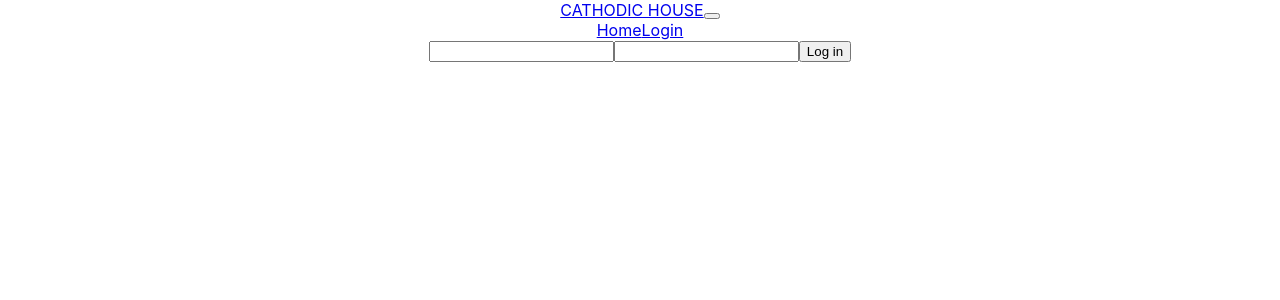
Repository: grnisna/warehouse-management-client-11
Page: /login
The author's editor kept a copy of each file at every save. The page is drawn from the files as they stood at one save, then again after the next save.
The browser window is 1280 px wide. The pictures show the whole page.
The project was rebuilt for these pictures with package versions that can differ from the ones it lists, and the page was loaded fresh each time. Also part of the build but not shown: src/components/Home/Carosel/Carosel.css, src/components/Home/Carosel/Carosel.js, src/components/Home/Item/Item.js, src/components/Home/Items/Items.css, src/components/Home/Items/Items.js, src/components/Home/Home.js.

Above is the page before, as saved 2022-05-09 08:22:29.

### src/App.js
import './App.css';
import { Route, Routes } from 'react-router-dom';
import Login from './components/Login/Login/Login';
import Header from './components/Home/Header/Header';
import Carosel from './components/Home/Carosel/Carosel';
import Home from './components/Home/Home';


function App() {
  return (
    <div className="App">
      <Header></Header>
      <Routes>
        <Route  path='/' element={<Home></Home>} ></Route>
        <Route  path='/home' element={<Home></Home>} ></Route>
        <Route  path='/carosel' element={<Carosel></Carosel>} ></Route>
        <Route  path='/login' element={<Login></Login>} ></Route>
      </Routes>
    </div>
  );
}

export default App;

### src/components/Login/Login/Login.js
import React from 'react';
import auth from './firebase/firebase.init';
import { useCreateUserWithEmailAndPassword } from 'react-firebase-hooks/auth';

const Login = () => {
    const [
        createUserWithEmailAndPassword,
        user,
        loading,
        error,
      ] = useCreateUserWithEmailAndPassword(auth);

      const handleSignIn = event =>{
          event.preventDefault();
          const email = event.target.email.value;
          const password = event.target.password.value;
        createUserWithEmailAndPassword(email,password);
      }
    return (
        <div>
            <form onSubmit={handleSignIn} >
                <input type="email" name="email" id="" />
                <input type="password" name="password" id="" />
                <input type="submit" value="Log in" />
            </form>
        </div>
    );
};

export default Login;

### src/components/Home/Header/Header.js
import React from 'react';
import { Container, Nav, Navbar } from 'react-bootstrap';
import { Link } from 'react-router-dom';

const Header = () => {
    return (
        <Navbar collapseOnSelect expand="lg" bg="dark" variant="dark">
            <Container>
                <Navbar.Brand as={Link} to="/home">CATHODIC HOUSE</Navbar.Brand>
                <Navbar.Toggle aria-controls="responsive-navbar-nav" />
                <Navbar.Collapse id="responsive-navbar-nav">
                    <Nav className="me-auto">
                        <Nav.Link href="#"></Nav.Link>
                        <Nav.Link href="#"></Nav.Link>

                    </Nav>
                    <Nav>
                        <Nav.Link as={Link} to="/home">Home</Nav.Link>
                        <Nav.Link eventKey={2}as={Link} to='/login'>
                            Login
                        </Nav.Link>
                    </Nav>
                </Navbar.Collapse>
            </Container>
        </Navbar>
    );
};

export default Header;

### src/components/Login/Login/firebase/firebase.init.js
// Import the functions you need from the SDKs you need
import { initializeApp } from "firebase/app";

import { getAuth } from "firebase/auth";
// TODO: Add SDKs for Firebase products that you want to use
// https://firebase.google.com/docs/web/setup#available-libraries

// Your web app's Firebase configuration
// For Firebase JS SDK v7.20.0 and later, measurementId is optional
const firebaseConfig = {
  apiKey: process.env.REACT_APP_apiKey,
  authDomain: process.env.REACT_APP_authDomain,
  projectId: process.env.REACT_APP_projectId,
  storageBucket: process.env.REACT_APP_storageBucket,
  messagingSenderId: process.env.REACT_APP_messagingSenderId,
  appId: process.env.REACT_APP_appId,
  measurementId: process.env.REACT_APP_measurementId
};

// Initialize Firebase
const app = initializeApp(firebaseConfig);

const auth = getAuth(app);

export default auth;

Loaded but not shown: src/index.js (common file); src/index.css (common file); src/reportWebVitals.js (common file); src/App.css (common file)

After the next save:
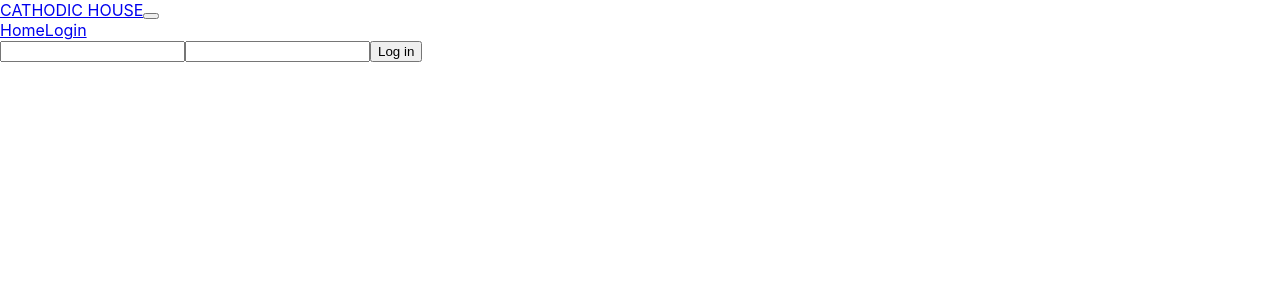
Saved 31 s later.
--- a/src/App.js
+++ b/src/App.js
@@ -1,4 +1,3 @@
-import './App.css';
 import { Route, Routes } from 'react-router-dom';
 import Login from './components/Login/Login/Login';
 import Header from './components/Home/Header/Header';
@@ -8,7 +7,7 @@ import Home from './components/Home/Home';
 
 function App() {
   return (
-    <div className="App">
+    <div>
       <Header></Header>
       <Routes>
         <Route  path='/' element={<Home></Home>} ></Route>
